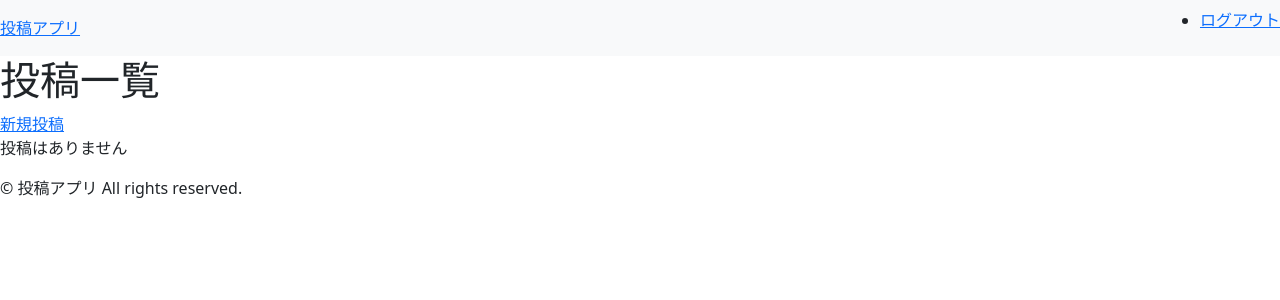
Repository: Yu62ballena/laravel_posting_app
Page: http://localhost/posts
These files come from the project's save history. The page is drawn as it stood at one moment and after the next save; the edit follows.
The browser window is 1280 px wide. The pictures show the whole page.
The page is served by the project's Laravel application, run on PHP 8.4 with Laravel 10. A made-up administrator, Test User (test@example.com), is signed in. Queries for data that is not in the repository find no rows.

Above is the page before, as saved 2024-05-21 13:48:34.

After the next save:
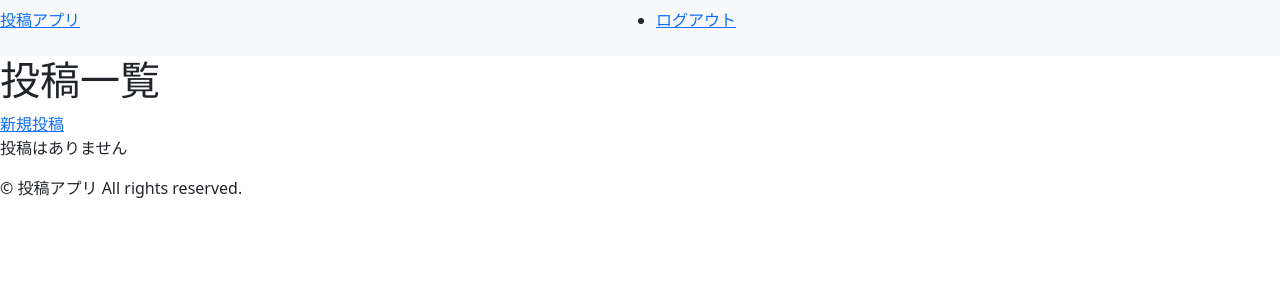
Saved 41 s later.
--- a/resources/views/posts/index.blade.php
+++ b/resources/views/posts/index.blade.php
@@ -12,16 +12,18 @@
 <body>
     <header>
         <nav class="navbar navbar-light bg-light">
-            <a href="{{ route('posts.index') }}">投稿アプリ</a>
+<p>
+                <a href="{{ route('posts.index') }}">投稿アプリ</a>
 
-            <ul>
-                <li>
-                    <a href="{{ route('logout') }}" onclick="event.preventDefault(); document.getElementById('logout-form').submit();">ログアウト</a>
-                    <form id="logout-form" action="{{ route('logout') }}" method="POST">
-                        @csrf
-                    </form>
-                </li>
-            </ul>
+                <ul>
+                    <li>
+                        <a href="{{ route('logout') }}" onclick="event.preventDefault(); document.getElementById('logout-form').submit();">ログアウト</a>
+                        <form id="logout-form" action="{{ route('logout') }}" method="POST">
+                            @csrf
+                        </form>
+                    </li>
+                </ul>
+</p>
         </nav>
     </header>
 
